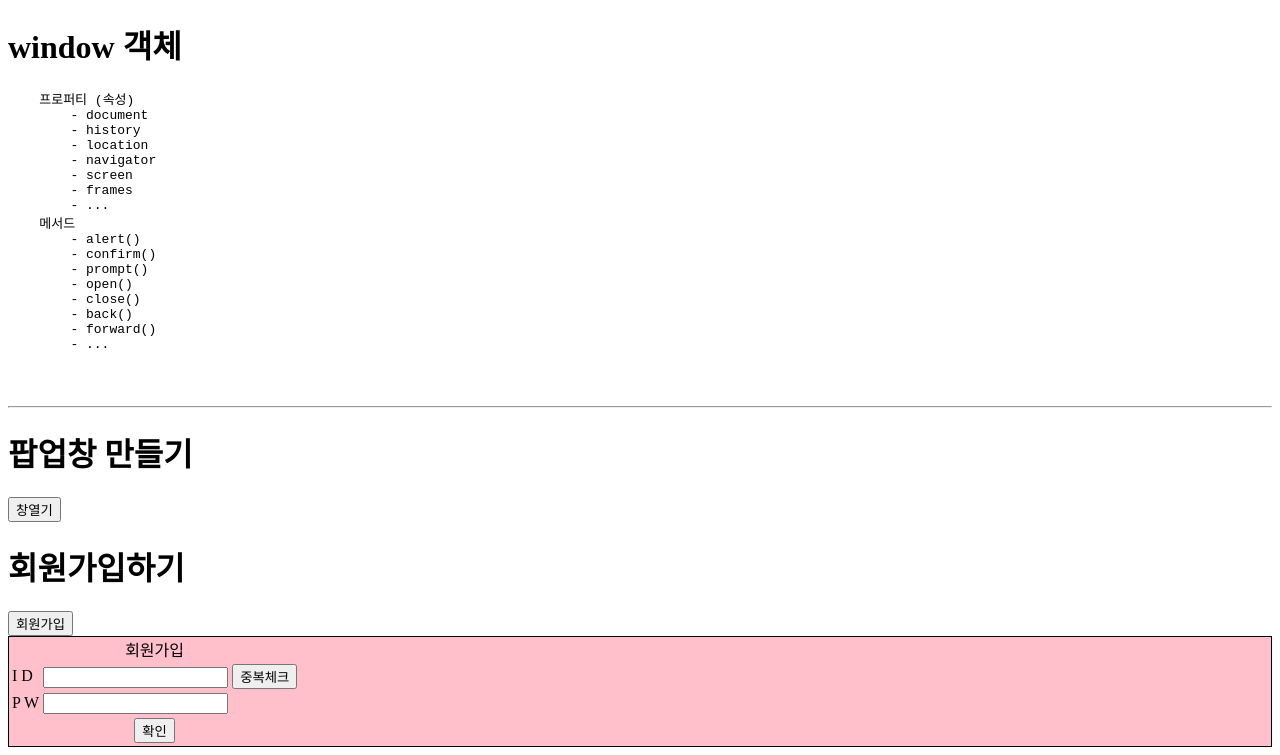
Repository: junewjdtn/TIL
Page: HTML+CSS/html_vscode_UI/4_JS_ec/JS/WebContent/js20_window01.html
An editor plug-in stored every save of this project. The page is shown before and after the next save, followed by the edit.
The browser window is 1280 px wide. The pictures show the whole page.

Above is the page before, as saved 2022-05-18 04:14:50.

### HTML+CSS/html_vscode_UI/4_JS_ec/JS/WebContent/js20_window01.html
<!DOCTYPE html>
<html lang="ko">
<head>
    <meta charset="UTF-8">
    <meta http-equiv="X-UA-Compatible" content="IE=edge">
    <meta name="viewport" content="width=device-width, initial-scale=1.0">
    <title>window01</title>
    <style>
    	#regist{
    		border: 1px solid black;
    		background: pink;
    	}
    </style>
    <script>
        function openWin(){
            window.open("js20_window02.html", "", "width=500px, height=500px");
        }
    </script>
</head>
<body>
    <h1>window 객체</h1>
    <pre>
    프로퍼티 (속성)
        - document
        - history
        - location
        - navigator
        - screen
        - frames
        - ...
    메서드
        - alert()
        - confirm()
        - prompt()
        - open()
        - close()
        - back()
        - forward()
        - ...
    </pre>
    <br><hr>
    <div>
        <h1>팝업창 만들기</h1>
        <button onclick="openWin();" name="btn">창열기</button>
        <div id="tt"></div>
        <h1>회원가입하기</h1>
        <button onclick="registForm();" name="btn">회원가입</button>
    </div>

       	<!-- 회원가입폼 시작 -->
    <div id="regist">
    	<form>
    		<table>
    			<caption>회원가입</caption>
    			<tr>
    				<td>I  D</td>
    				<td>
    					<input type="text" name="id">
    					<input type="button" value="중복체크">
    				</td>
    			</tr>
    			<tr>
    				<td>P  W</td>
    				<td>
    					<input type="password" name="pw" style="color:red;">
    				</td>
    			</tr>
    			<tr>
    				<td colspan="2" align="center">
    					<input type="button" value="확인" onclick="">
    				</td>
    			</tr>
    		</table>
    	</form>
    </div>
</body>
</html>

After the next save:
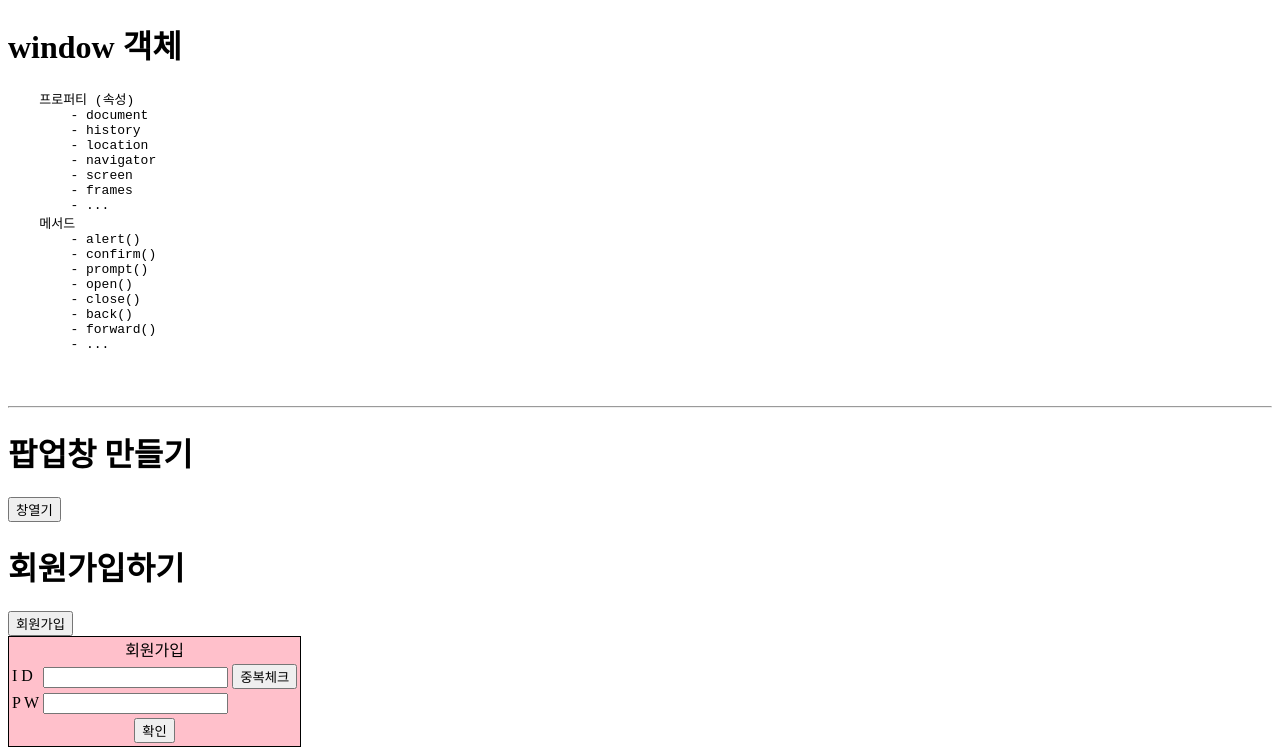
Saved 16 s later.
--- a/HTML+CSS/html_vscode_UI/4_JS_ec/JS/WebContent/js20_window01.html
+++ b/HTML+CSS/html_vscode_UI/4_JS_ec/JS/WebContent/js20_window01.html
@@ -8,7 +8,8 @@
     <style>
     	#regist{
     		border: 1px solid black;
-    		background: pink;
+    		background:pink;
+    		position: absolute;
     	}
     </style>
     <script>
